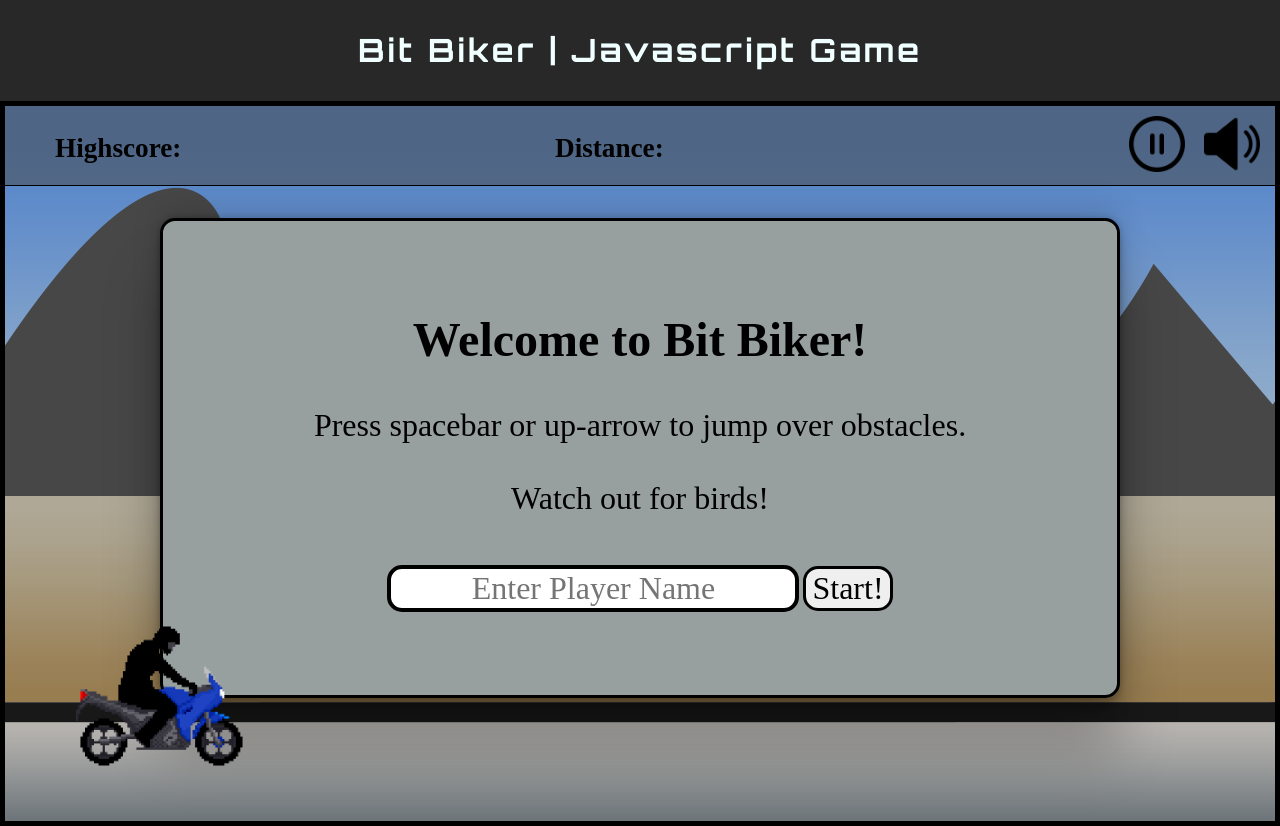
Repository: jellymel0n/bit-biker
Page: index.html
These files come from the project's save history. The page is drawn as it stood at one moment and after the next save; the edit follows.
The browser window is 1280 px wide. The pictures show the whole page.

Above is the page before, as saved 2021-07-18 19:03:34.

After the next save:
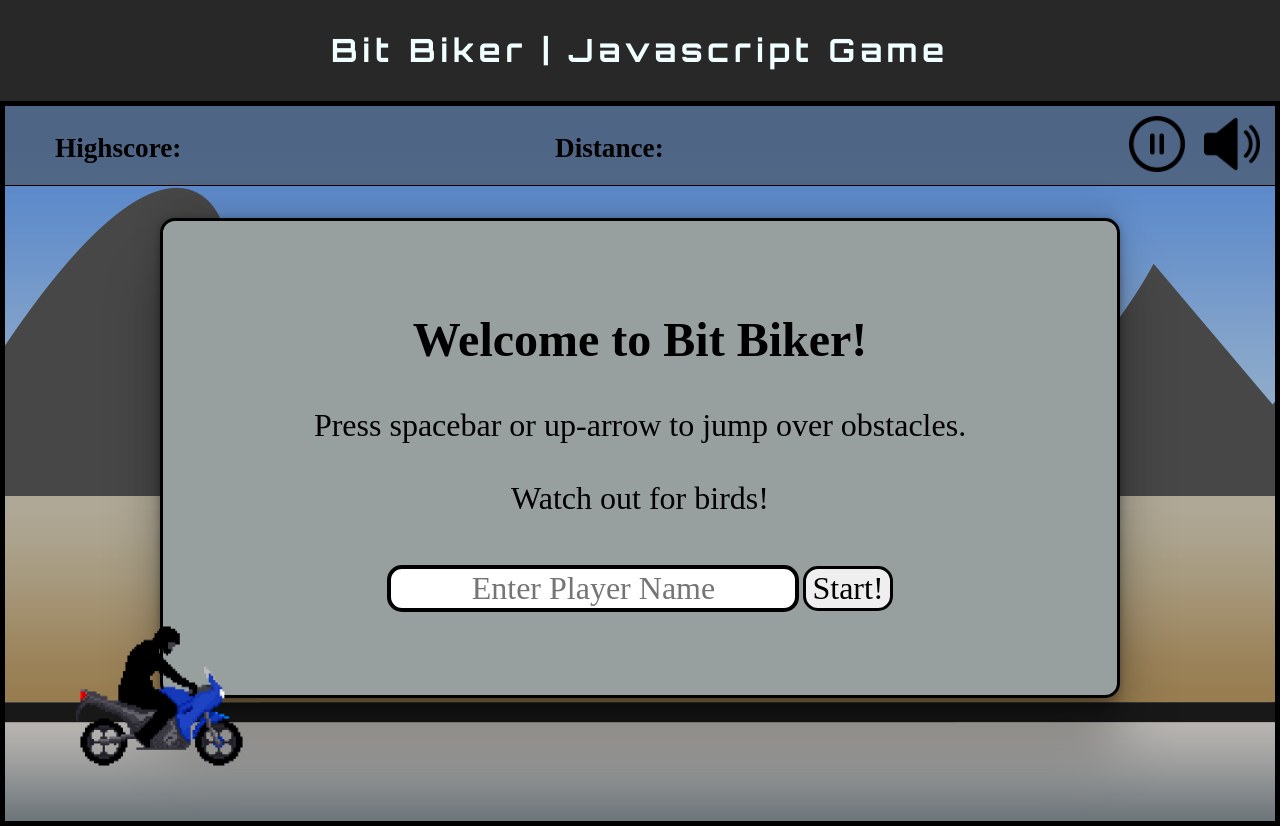
Saved 9 s later.
--- a/styles/styles.css
+++ b/styles/styles.css
@@ -7,7 +7,7 @@ h1 {
     color: azure;
     text-align: center;
     margin: 2rem auto;
-    letter-spacing: 3px;
+    letter-spacing: 5px;
 }
 
 #game-board {
